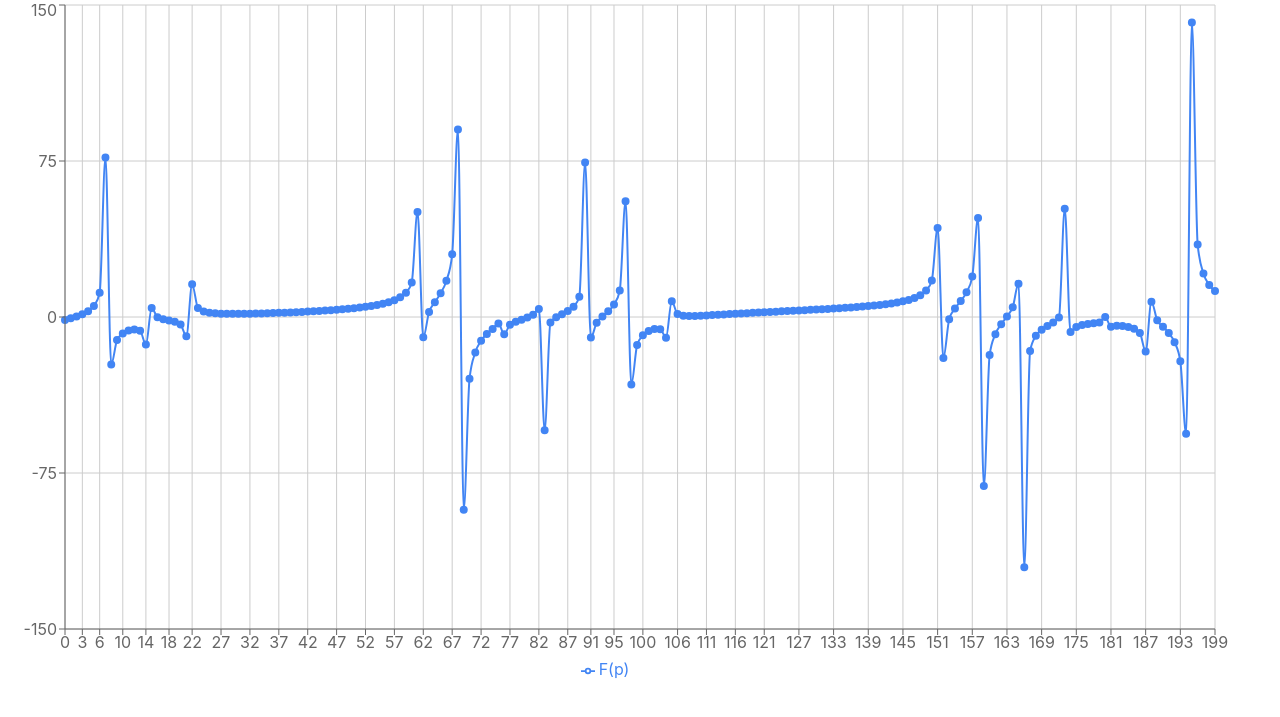
Repository: ivanburlakov/rts-labs
Page: / (app in lab2.1/)
The author's editor kept a copy of each file at every save. The page is drawn from the files as they stood at one save, then again after the next save.
The browser window is 1280 px wide. The pictures show the whole page.
The project was rebuilt for these pictures with package versions that can differ from the ones it lists, and the page was loaded fresh each time.

Above is the page before, as saved 2021-04-26 15:26:53.

After the next save:
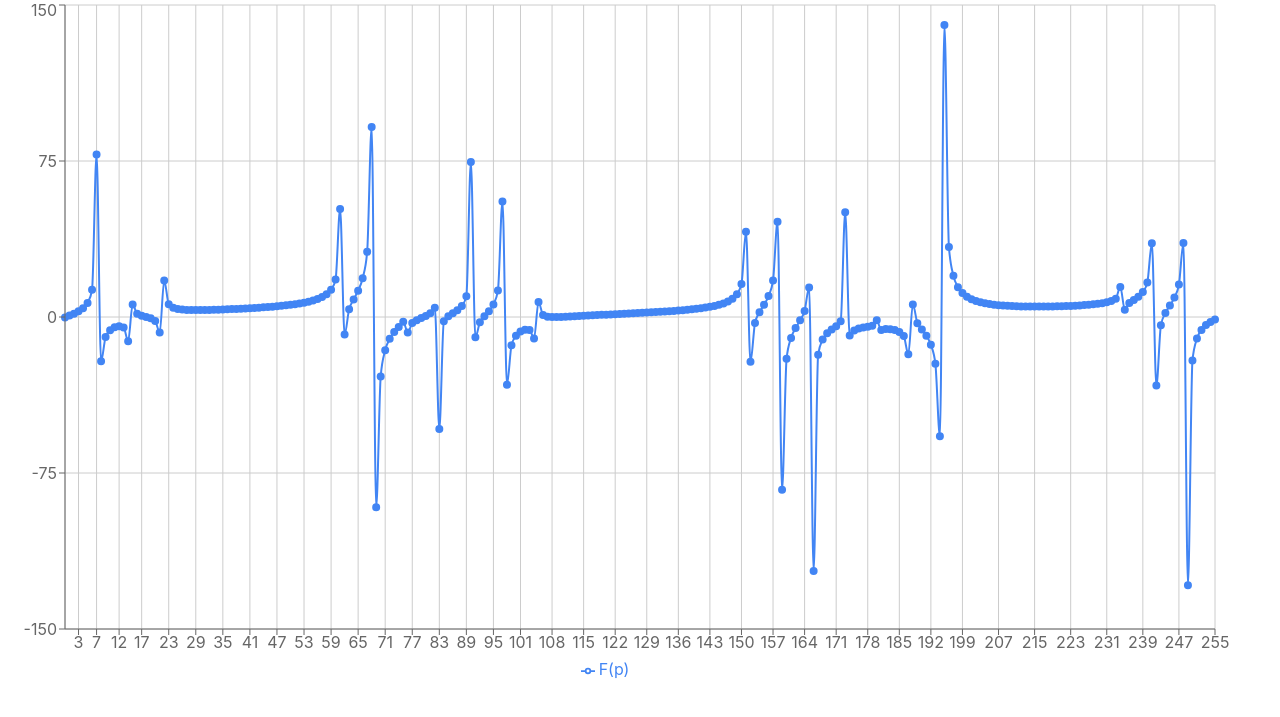
Saved 2 min 32 s later.
--- a/lab2.1/src/App.js
+++ b/lab2.1/src/App.js
@@ -60,9 +60,9 @@
     }
     x.push(sum);
   }
-  for (let p = 0; p < 200; p++) {
+  for (let p = 0; p < x.length; p++) {
     let F = 0;
-    for (let k = 0; k < x.length - 1; k++) {
+    for (let k = 0; k < x.length; k++) {
       F += x[k] * W(p, k, x.length);
     }
     data.push({

After the save that followed:
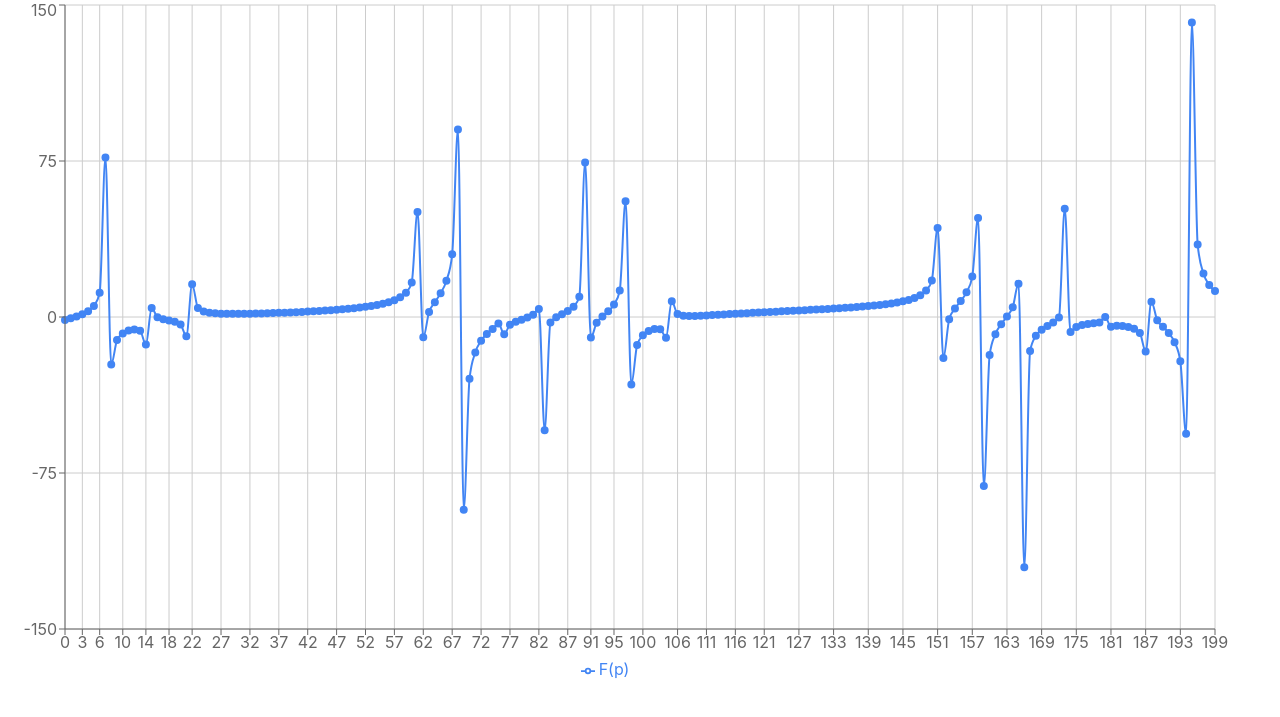
Saved 53 s later.
--- a/lab2.1/src/App.js
+++ b/lab2.1/src/App.js
@@ -60,9 +60,9 @@
     }
     x.push(sum);
   }
-  for (let p = 0; p < x.length; p++) {
+  for (let p = 0; p < 200; p++) {
     let F = 0;
-    for (let k = 0; k < x.length; k++) {
+    for (let k = 0; k < x.length - 1; k++) {
       F += x[k] * W(p, k, x.length);
     }
     data.push({
